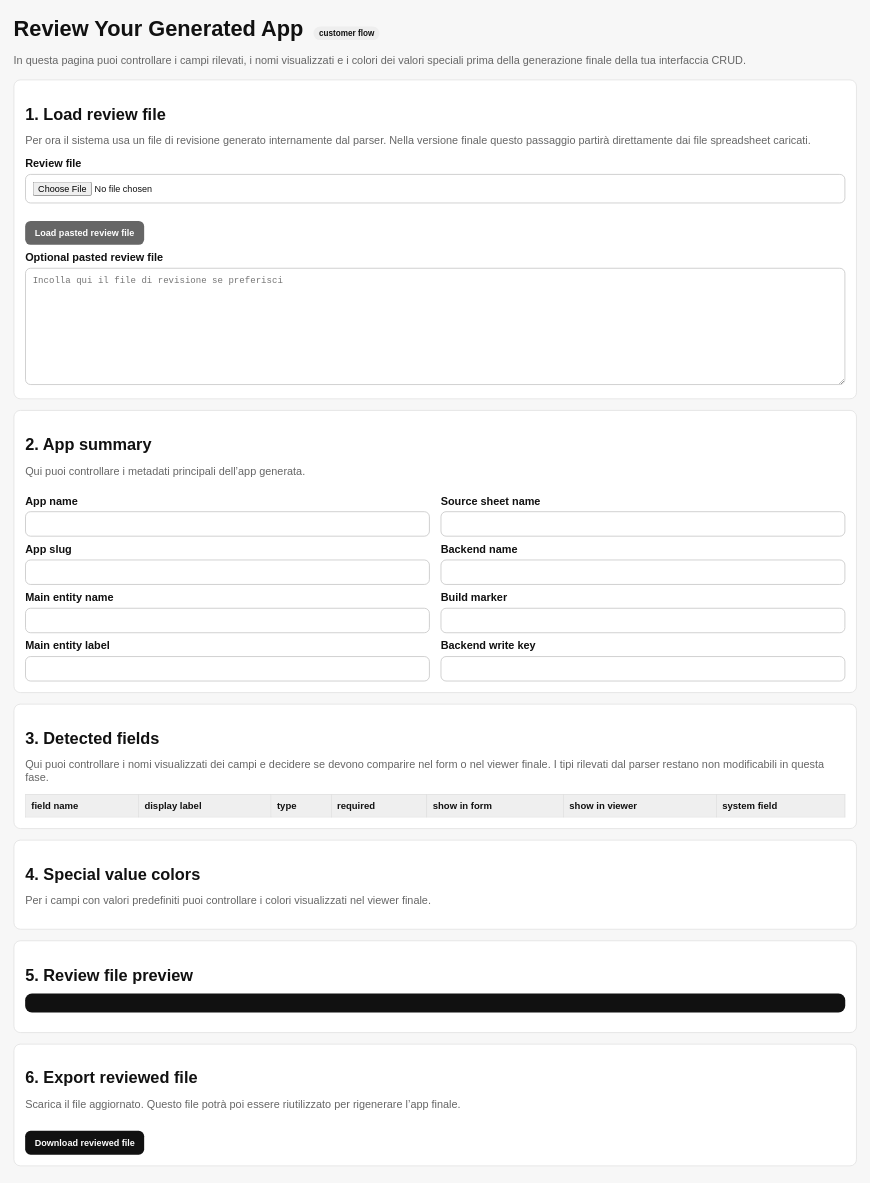
Repository: progettazionemauro/sheets.builder
Page: docs/review.html
These files come from the project's save history. The page is drawn as it stood at one moment and after a run of saves; the edit follows.
The browser window is 1280 px wide. The pictures show the whole page, at 68% of full size.

Above is the page before, as saved 2026-04-14 23:08:25.

After the next 2 saves:
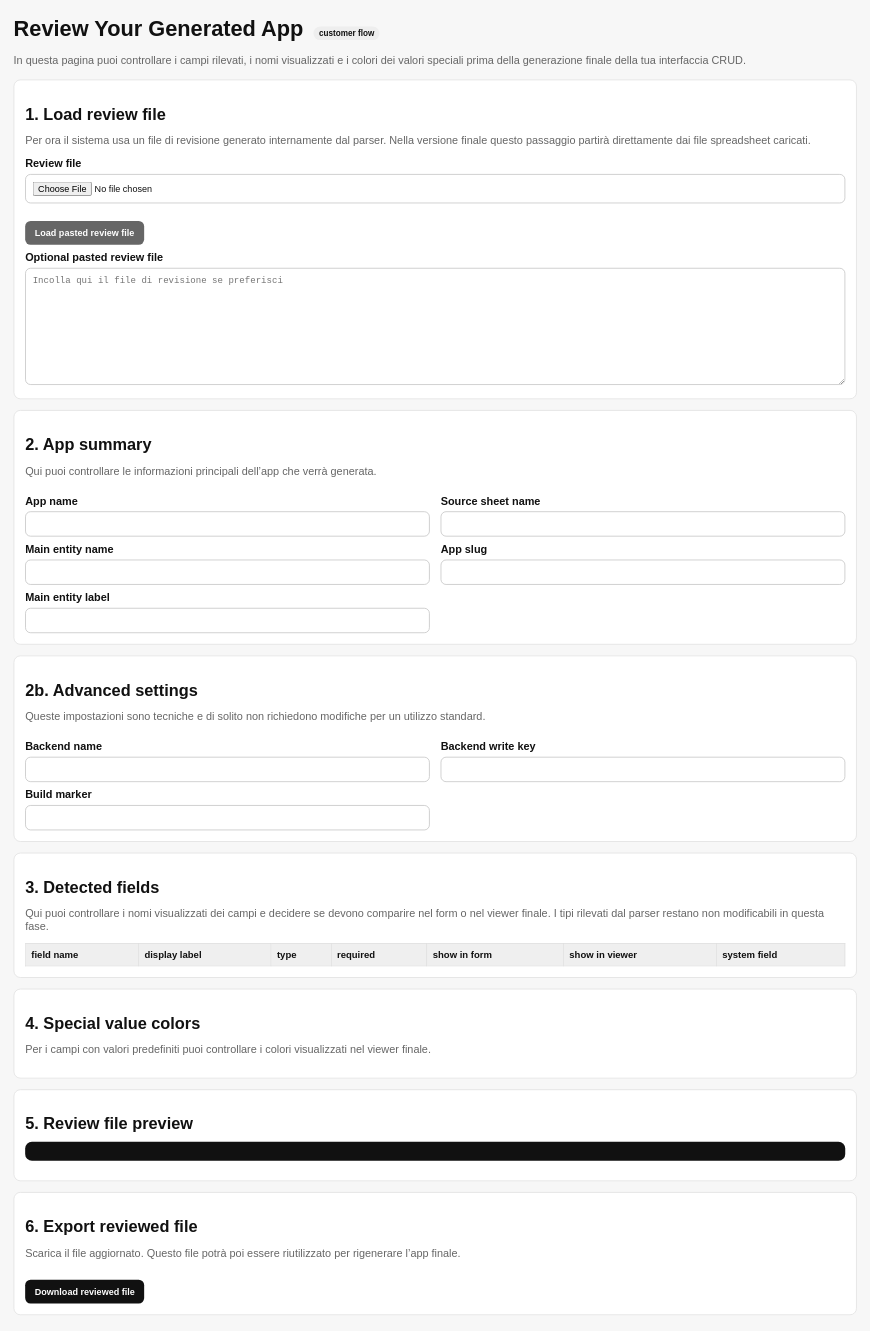
The 2 saves are shown as one change because they came seconds apart.
The last was saved 25 s later.
--- a/docs/review.html
+++ b/docs/review.html
@@ -163,10 +163,10 @@
     <textarea id="rawJsonInput" rows="10" placeholder="Incolla qui il file di revisione se preferisci"></textarea>
   </div>
 
-    <div class="card">
+      <div class="card">
     <h2>2. App summary</h2>
     <p class="muted">
-      Qui puoi controllare i metadati principali dell’app generata.
+      Qui puoi controllare le informazioni principali dell’app che verrà generata.
     </p>
 
     <div class="grid">
@@ -174,9 +174,6 @@
         <label for="projectName">App name</label>
         <input id="projectName" />
 
-        <label for="projectSlug">App slug</label>
-        <input id="projectSlug" />
-
         <label for="entityName">Main entity name</label>
         <input id="entityName" />
 
@@ -188,12 +185,28 @@
         <label for="sheetName">Source sheet name</label>
         <input id="sheetName" />
 
+        <label for="projectSlug">App slug</label>
+        <input id="projectSlug" />
+      </div>
+    </div>
+  </div>
+
+  <div class="card">
+    <h2>2b. Advanced settings</h2>
+    <p class="muted">
+      Queste impostazioni sono tecniche e di solito non richiedono modifiche per un utilizzo standard.
+    </p>
+
+    <div class="grid">
+      <div>
         <label for="backendName">Backend name</label>
         <input id="backendName" />
 
         <label for="buildMarker">Build marker</label>
         <input id="buildMarker" />
-
+      </div>
+
+      <div>
         <label for="adminPassword">Backend write key</label>
         <input id="adminPassword" />
       </div>
